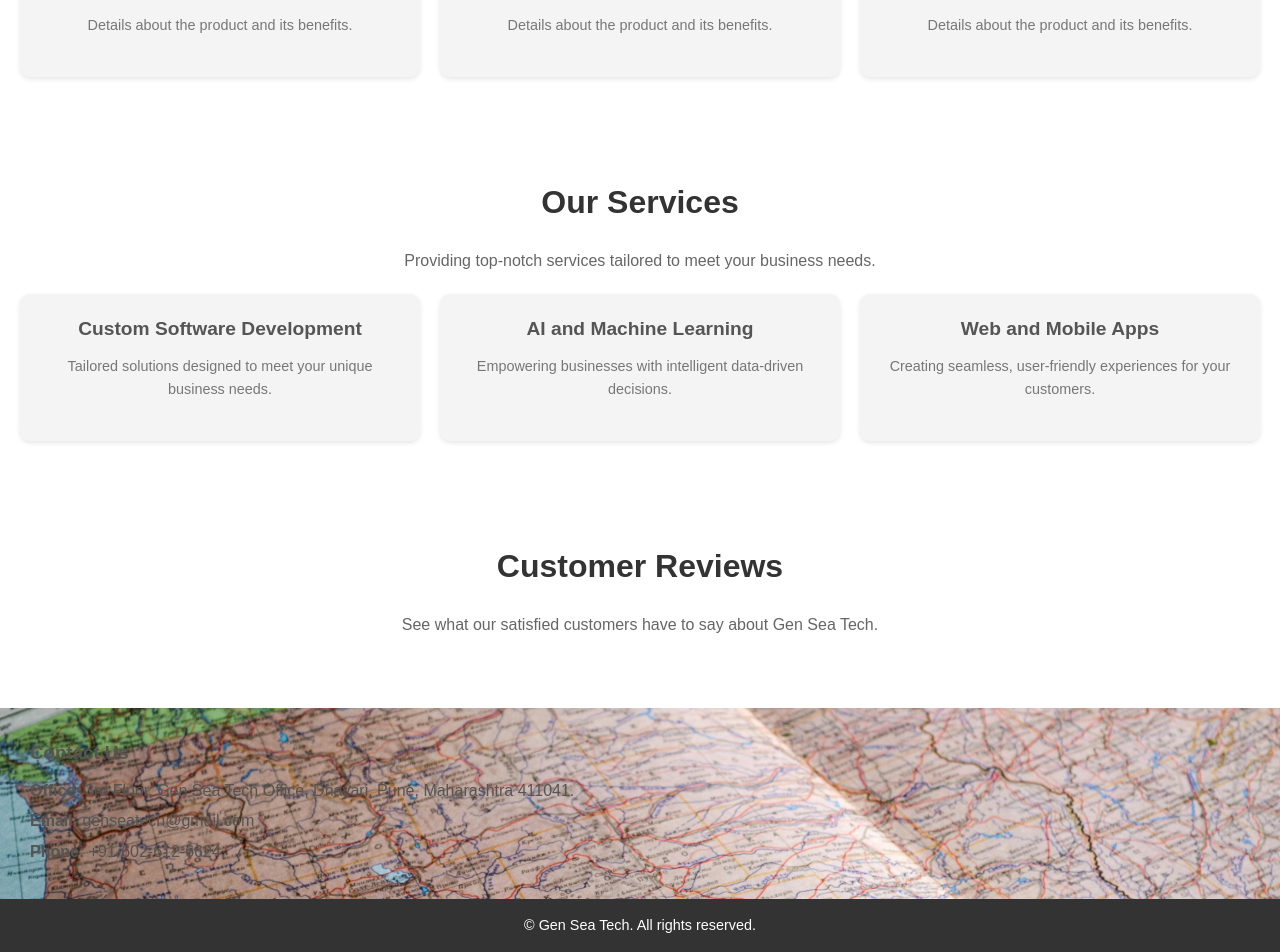
Repository: aniketkhatawkar/Gen_Sea_Tech
Page: http://localhost/GenSeaTech/
These files come from the project's save history. The page is drawn as it stood at one moment and after the next save; the edit follows.
The browser window is 1280 px wide. The pictures show the part of the page from y = 1418 to 2370 px (the page is 2370 px tall).
The page is served by Tomcat 10. Other server files are loaded and not shown.

Above is the page before, as saved 2024-12-16 08:09:07.

### GenSeaTech/src/main/webapp/home.jsp
<!DOCTYPE html>
<html>
<head>
<meta charset="UTF-8">
<meta name="viewport" content="width=device-width, initial-scale=1.0">
<title>Gen Sea Tech</title>
<link rel="icon" href="assets/logo.png" type="image/png" >

<style>
	* {
		margin: 0;
		padding: 0;
		box-sizing: border-box;
		font-family: Arial, sans-serif;
	}

	body {
		line-height: 1.6;
	}

	header p {
        font-size: 1.2rem;
        margin-bottom: 20px;
    }

	.hero {
		height: 90vh;
		background: url('assets/hero-bg.jpg') no-repeat center center/cover;
		color: white;
		display: flex;
		align-items: center;
		justify-content: center;
		text-align: center;
		padding: 20px;
	}

	.hero h1 {
		font-size: 3rem;
	}

	.hero p {
		margin-top: 10px;
		font-size: 1.2rem;
	}

	.section {
		padding: 50px 20px;
		text-align: center;
	}

	.section h2 {
		font-size: 2rem;
		margin-bottom: 20px;
		color: #333;
	}

	.section p {
		margin-bottom: 20px;
		font-size: 1rem;
		color: #666;
	}

	.cards {
		display: grid;
		grid-template-columns: repeat(auto-fit, minmax(300px, 1fr));
		gap: 20px;
		margin-top: 20px;
	}

	.card {
		background: #f4f4f4;
		padding: 20px;
		border-radius: 10px;
		box-shadow: 0 2px 5px rgba(0, 0, 0, 0.1);
	}

	.card h3 {
		margin-bottom: 10px;
		font-size: 1.2rem;
		color: #555;
	}

	.card p {
		font-size: 0.9rem;
		color: #777;
	}

	.contact {
		background: #00bcd4;
		color: #fff;
		padding: 50px 20px;
	}

	.contact h2 {
		margin-bottom: 20px;
	}

	.contact form {
		max-width: 600px;
		margin: 0 auto;
	}

	.contact input, .contact textarea {
		width: 100%;
		padding: 10px;
		margin-bottom: 10px;
		border: none;
		border-radius: 5px;
	}

	.contact button {
		padding: 10px 20px;
		border: none;
		background: #008c9e;
		color: white;
		cursor: pointer;
		border-radius: 5px;
	}

	.contact button:hover {
		background: #006b76;
	}

	.address {
		background:  url("assets/contactus.jpg") no-repeat center center;
	    background-size: cover;
	    object-fit: cover;
		padding: 30px;
		color: #555;
	}

	.address h3 {
		margin-bottom: 10px;
	}

	.address p {
		margin-bottom: 5px;
	}
</style>
</head>
<body>
	<!-- NavBar -->
	<%@ include file="navbar.jsp" %>

	<!-- Hero Section -->
	<div class="hero">
		<div>
			<h1>Welcome to Gen Sea Tech</h1>
			<p>Innovating for a better tomorrow</p>
		</div>
	</div>

	<!-- Who We Are Section -->
	<div class="section" id="about">
		<h2>Who We Are</h2>
		<p>Gen Sea Tech is a forward-thinking company dedicated to creating cutting-edge technology solutions that simplify and enhance day-to-day life.</p>
	</div>

	<!-- Mission & Vision Section -->
	<div class="section" id="mission-vision">
		<h2>Our Mission & Vision</h2>
		<p><strong>Mission:</strong> To deliver innovative, scalable, and sustainable tech solutions tailored to our clients' needs.</p>
		<p><strong>Vision:</strong> To be a global leader in technology, inspiring progress and driving change through our solutions.</p>
	</div>

	<!-- Products Section -->
	<div class="section" id="products">
		<h2>Our Products</h2>
		<p>Explore our range of innovative products designed to improve efficiency and productivity.</p>
		<div class="cards">
			<div class="card">
				<h3>Product 1</h3>
				<p>Details about the product and its benefits.</p>
			</div>
			<div class="card">
				<h3>Product 2</h3>
				<p>Details about the product and its benefits.</p>
			</div>
			<div class="card">
				<h3>Product 3</h3>
				<p>Details about the product and its benefits.</p>
			</div>
		</div>
	</div>

	<!-- Services Section -->
	<div class="section" id="services">
		<h2>Our Services</h2>
		<p>Providing top-notch services tailored to meet your business needs.</p>
		<div class="cards">
			<div class="card">
				<h3>Custom Software Development</h3>
				<p>Tailored solutions designed to meet your unique business needs.</p>
			</div>
			<div class="card">
				<h3>AI and Machine Learning</h3>
				<p>Empowering businesses with intelligent data-driven decisions.</p>
			</div>
			<div class="card">
				<h3>Web and Mobile Apps</h3>
				<p>Creating seamless, user-friendly experiences for your customers.</p>
			</div>
		</div>
	</div>

	<!-- Testimonials Section -->
	<div class="section" id="testimonials">
		<h2>Customer Reviews</h2>
		<p>See what our satisfied customers have to say about Gen Sea Tech.</p>
	</div>

	<!-- Address Section -->
	<div class="address" id="contact">
		<h3>Contact Us</h3>
		<p><strong>Office:</strong> 3rd Floor, Gen Sea Tech Office, Dhayari, Pune, Maharashtra 411041.</p>
		<p><strong>Email:</strong> genseatech@gmail.com</p>
		<p><strong>Phone:</strong> +91-602-612-6624.</p>
	</div>

	<!-- Footer -->
	<%@ include file="footer.jsp" %>
</body>
</html>

### GenSeaTech/src/main/webapp/navbar.jsp
<%@ page language="java" contentType="text/html; charset=UTF-8"
    pageEncoding="UTF-8"%>
<!DOCTYPE html>
<html>
<head>
<meta charset="UTF-8">
<title>Gen Sea Tech</title>
<link rel="icon" href="assets/logo.png" type="image/png" >
<style>
* {
	margin: 0;
	padding: 0;
	box-sizing: border-box;
	font-family: Arial, sans-serif;
}

body {
	line-height: 1.6;
}
.navbar {
	background-color: #ffffff;
	color: #fff;
	padding: 5px 5px;
	display: flex;
	justify-content: space-between;
	align-items: center;
	position: relative;
}

.navbar a {
	color: #40c4ff;
	text-decoration: none;
	margin: 0 20px;
	font-weight: bold;
}

.navbar a:hover {
	color: #757575;
}

.links {
	display: flex;
}
@media (max-width: 768px) {
	.links {
		display: none;
		flex-direction: column;
		background-color: #333;
		position: absolute;
		top: 50px;
		right: 10px;
		width: 200px;
		border-radius: 5px;
		box-shadow: 0px 4px 6px rgba(0, 0, 0, 0.1);
	}

	.links a {
		margin: 10px 0;
		text-align: center;
	}

	.hamburger {
		display: flex;
	}

	.links.active {
		display: flex;
	}
}
</style>
</head>
<body>
	<div class="navbar">
		<div class="logo">
        <a href="home.jsp"><img src="assets/namelogo.png" alt="Gen Sea Tech Logo" style="height: 60px; margin-right: 10px;"></a>
    	</div>
		<div class="links">
			<a href="home.jsp">Home</a>
			<a href="services.jsp">Services</a>
			<a href="products.jsp">Products</a>
			<a href="connectus.jsp">Connect Us</a>
			<a href="about.jsp">About</a>
			<a href="#support.jsp">Support</a>
		</div>
	</div>
</body>
</html>

### GenSeaTech/src/main/webapp/footer.jsp
<%@ page language="java" contentType="text/html; charset=UTF-8"
    pageEncoding="UTF-8"%>
<!DOCTYPE html>
<html>

<head>

<style>
	footer {
        background-color: #333;
        color: white;
        text-align: center;
        padding: 15px;
        margin-top: 0px;
    }

    footer p {
        font-size: 0.9rem;
    }
</style>

	<meta charset="UTF-8">
	<title>Footer</title>
</head>

<body>
	<footer>
        <p>&copy; Gen Sea Tech. All rights reserved.</p>
    </footer>
</body>

</html>

After the next save:
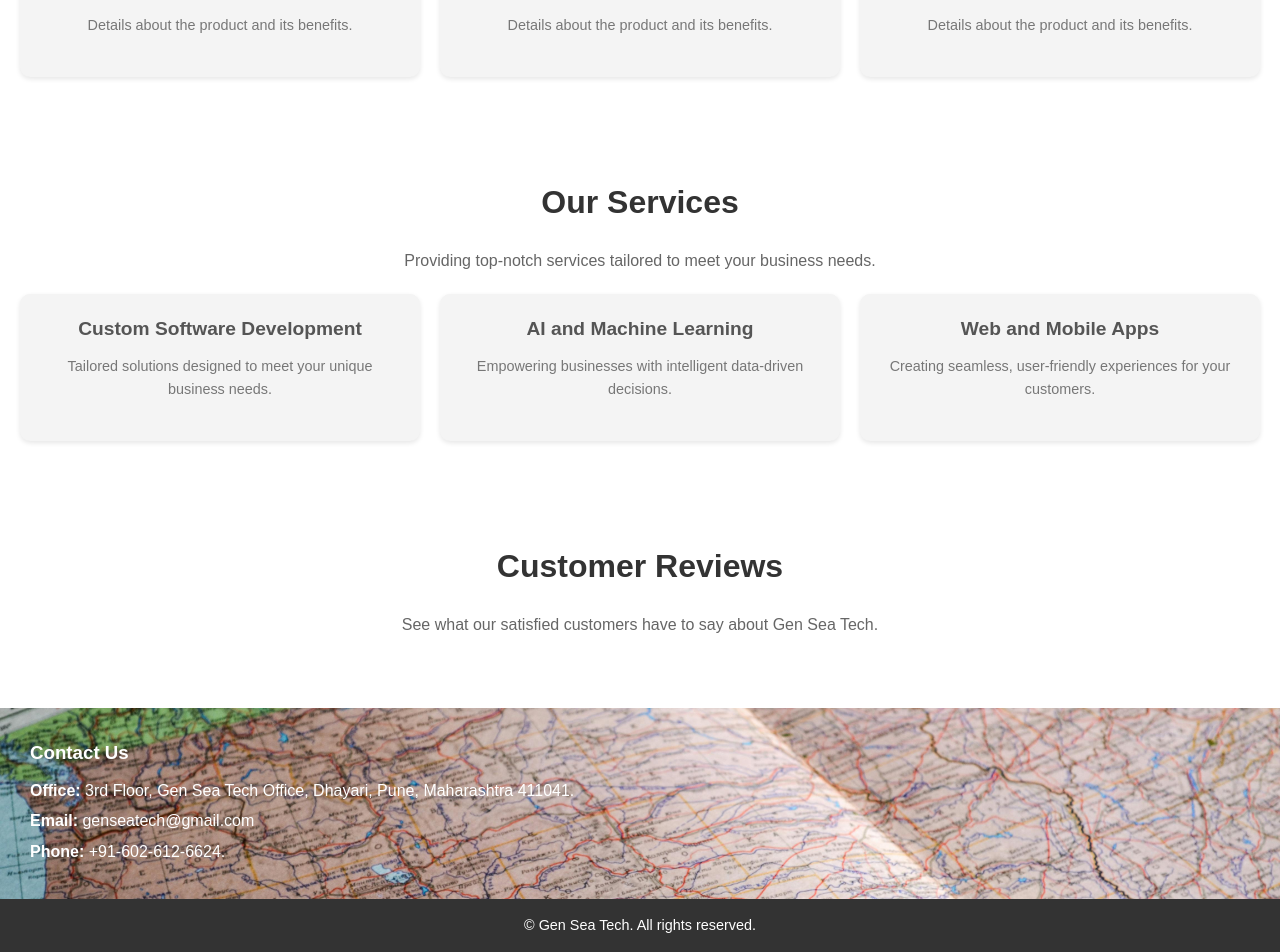
Saved 39 s later.
--- a/GenSeaTech/src/main/webapp/home.jsp
+++ b/GenSeaTech/src/main/webapp/home.jsp
@@ -126,7 +126,7 @@
 	    background-size: cover;
 	    object-fit: cover;
 		padding: 30px;
-		color: #555;
+		color: #ffffff;
 	}
 
 	.address h3 {
